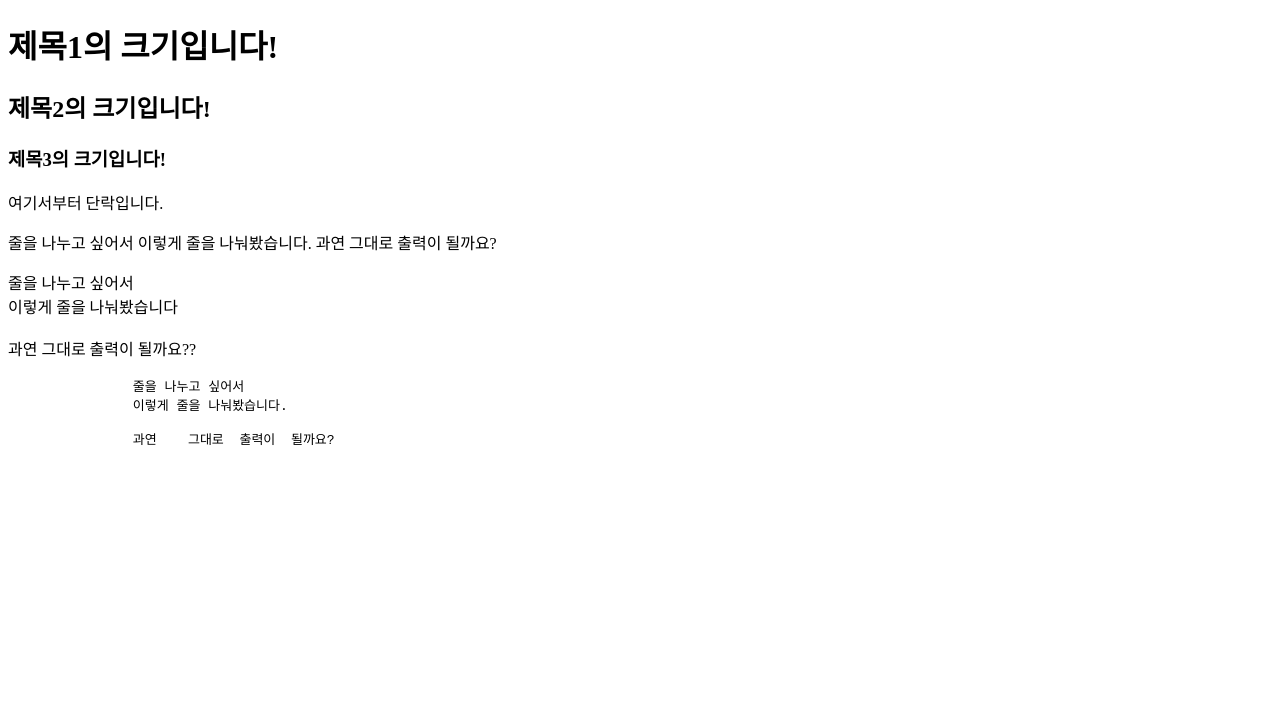
Repository: JaeHyun-Ban/GB_java
Page: TCP_HTML/WebContent/html02_06.html
The author's editor kept a copy of each file at every save. The page is drawn from the files as they stood at one save, then again after the next save.
The browser window is 1280 px wide. The pictures show the whole page.

Above is the page before, as saved 2020-08-26 07:08:06.

After the next save:
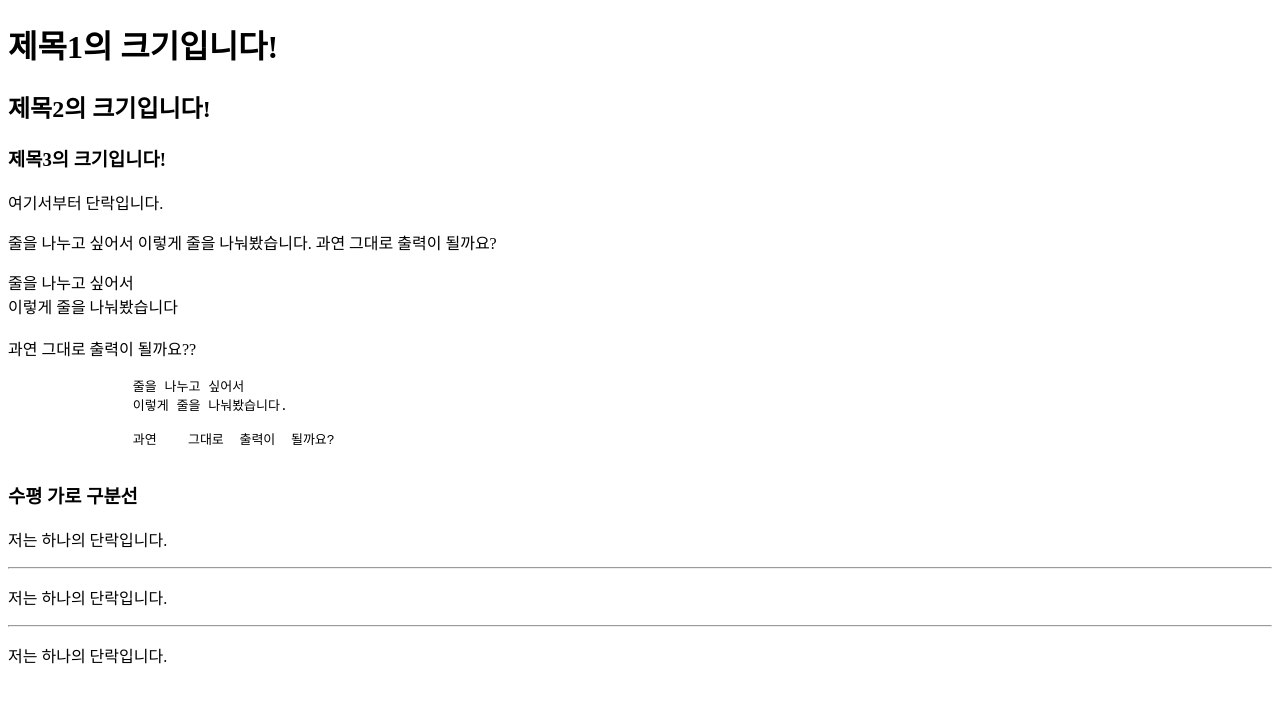
Saved 2 min 34 s later.
--- a/TCP_HTML/WebContent/html02_06.html
+++ b/TCP_HTML/WebContent/html02_06.html
@@ -31,5 +31,12 @@
 		과연    그대로  출력이  될까요?
 	</pre>
 
+	<h3>수평 가로 구분선</h3>
+	<p>저는 하나의 단락입니다.</p>
+	<hr>
+	<p>저는 하나의 단락입니다.</p>
+	<hr>
+	<p>저는 하나의 단락입니다.</p>
+
 </body>
 </html>
